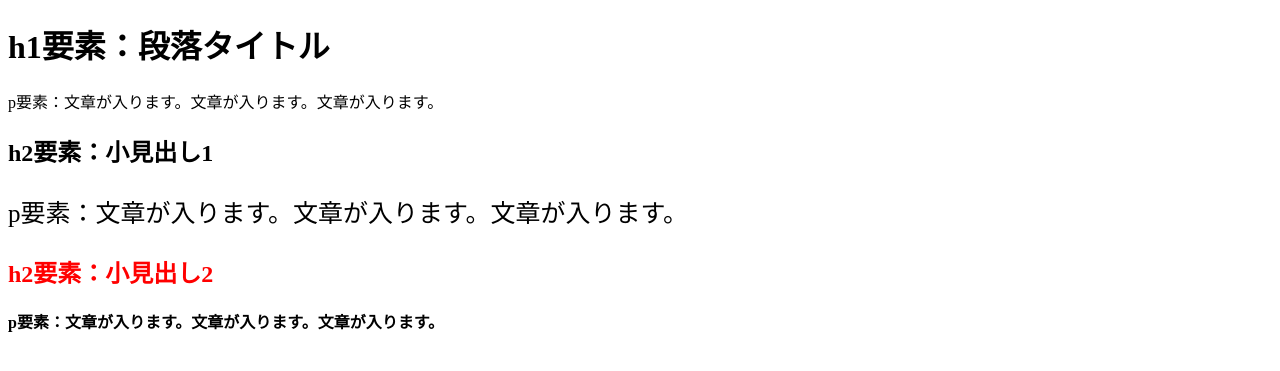
Repository: Souhei-en/samurai_HTML-CSS
Page: index.html
The author's editor kept a record of every edit. The page is drawn from the files as they stood at one moment, then again after the next edit.
The browser window is 1280 px wide. The pictures show the whole page.

Above is the page before.

After the next edit:
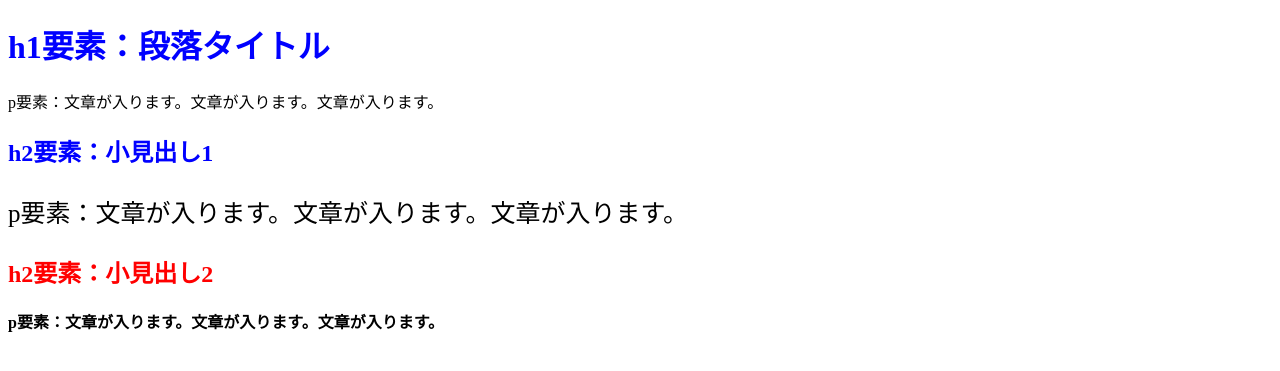
The edit:
--- a/index.html
+++ b/index.html
@@ -9,6 +9,9 @@
       #red {
         color: red;
       }
+      .blue{
+        color: blue;
+      )
     </style>
   </head>
   <body>
